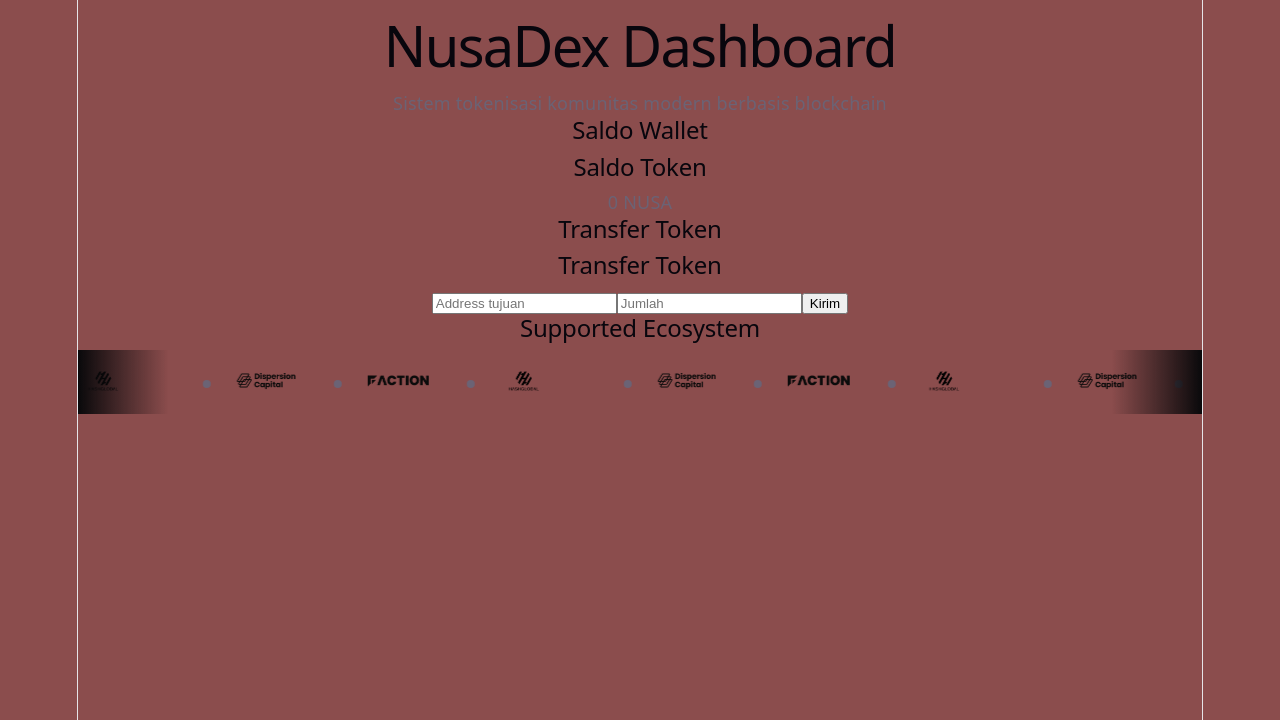
Repository: Danang-adi/Zentrix
Page: / (app in frontend-react/)
These files come from the project's save history. The page is drawn as it stood at one moment and after a run of saves; the edit follows.
The browser window is 1280 px wide. The pictures show the whole page.
The page's requests for data from a server got no answer. The project was rebuilt for these pictures with package versions that can differ from the ones it lists, and the page was loaded fresh each time. No one was signed in, and anything a server would have sent is missing. Also part of the build but not shown: frontend-react/vite.config.ts.

Above is the page before, as saved 2026-04-25 20:23:00.

### frontend-react/index.html
<!doctype html>
<html lang="en">
  <head>
    <meta charset="UTF-8" />
    <link rel="icon" type="image/svg+xml" href="/favicon.svg" />
    <meta name="viewport" content="width=device-width, initial-scale=1.0" />
    <title>frontend-react</title>
  </head>
  <body>
    <div id="root"></div>
    <script type="module" src="/src/main.tsx"></script>
  </body>
</html>

### frontend-react/src/index.css
:root {
  --text: #6b6375;
  --text-h: #08060d;
  --bg: #8b4d4d;
  --border: #e5e4e7;
  --code-bg: #f4f3ec;
  --accent: #aa3bff;
  --accent-bg: rgba(170, 59, 255, 0.1);
  --accent-border: rgba(170, 59, 255, 0.5);
  --social-bg: rgba(244, 243, 236, 0.5);
  --shadow:
    rgba(0, 0, 0, 0.1) 0 10px 15px -3px, rgba(0, 0, 0, 0.05) 0 4px 6px -2px;

  --sans: system-ui, 'Segoe UI', Roboto, sans-serif;
  --heading: system-ui, 'Segoe UI', Roboto, sans-serif;
  --mono: ui-monospace, Consolas, monospace;

  font: 18px/145% var(--sans);
  letter-spacing: 0.18px;
  color-scheme: light dark;
  color: var(--text);
  background: var(--bg);
  font-synthesis: none;
  text-rendering: optimizeLegibility;
  -webkit-font-smoothing: antialiased;
  -moz-osx-font-smoothing: grayscale;

  @media (max-width: 1024px) {
    font-size: 16px;
  }
}
html,
body,
#root {
  overflow-x: hidden;
  width: 100%;
}
@media (prefers-color-scheme: dark) {
  :root {
    --text: #9ca3af;
    --text-h: #f3f4f6;
    --bg: #b5b9ce;
    --border: #2e303a;
    --code-bg: #1f2028;
    --accent: #c084fc;
    --accent-bg: rgba(192, 132, 252, 0.15);
    --accent-border: rgba(192, 132, 252, 0.5);
    --social-bg: rgba(47, 48, 58, 0.5);
    --shadow:
      rgba(0, 0, 0, 0.4) 0 10px 15px -3px, rgba(0, 0, 0, 0.25) 0 4px 6px -2px;
  }

  #social .button-icon {
    filter: invert(1) brightness(2);
  }
}

#root {
  width: 1126px;
  max-width: 100%;
  margin: 0 auto;
  text-align: center;
  border-inline: 1px solid var(--border);
  min-height: 100svh;
  display: flex;
  flex-direction: column;
  box-sizing: border-box;
}

body {
  margin: 0;
}

h1,
h2 {
  font-family: var(--heading);
  font-weight: 500;
  color: var(--text-h);
}

h1 {
  font-size: 56px;
  letter-spacing: -1.68px;
  margin: 32px 0;
  @media (max-width: 1024px) {
    font-size: 36px;
    margin: 20px 0;
  }
}
h2 {
  font-size: 24px;
  line-height: 118%;
  letter-spacing: -0.24px;
  margin: 0 0 8px;
  @media (max-width: 1024px) {
    font-size: 20px;
  }
}
p {
  margin: 0;
}

code,
.counter {
  font-family: var(--mono);
  display: inline-flex;
  border-radius: 4px;
  color: var(--text-h);
}

code {
  font-size: 15px;
  line-height: 135%;
  padding: 4px 8px;
  background: var(--code-bg);
}

### frontend-react/src/App.tsx
import BalanceCard from "./components/BalanceCard";
import TransferForm from "./components/TransferForm";
import LogoLoop from "./components/LogoLoop";

import dispersion from "./assets/dispersion.png";
import faction from "./assets/faction.png";
import hashglobal from "./assets/hashglobal.png";

function App() {
  const cryptoLogos = [
    { src: dispersion, alt: "Ethereum", href: "#" },
    { src: faction, alt: "Bitcoin", href: "#" },
    { src: hashglobal, alt: "Solana", href: "#" },
  ];

  return (
    <div className="min-h-screen bg-zinc-950 text-white px-6 py-10 overflow-x-hidden">
      <div className="mx-auto max-w-6xl">
        {/* Header */}
        <div className="mb-10 text-center">
          <h1 className="text-5xl font-bold tracking-tight bg-gradient-to-r from-cyan-400 to-blue-500 bg-clip-text text-transparent">
            NusaDex Dashboard
          </h1>
          <p className="mt-3 text-zinc-400 text-lg">
            Sistem tokenisasi komunitas modern berbasis blockchain
          </p>
        </div>

        {/* Main Grid */}
        <div className="grid gap-6 md:grid-cols-2">
          {/* Balance */}
          <div className="rounded-2xl border border-zinc-800 bg-zinc-900/70 p-6 shadow-xl backdrop-blur">
            <h2 className="mb-4 text-xl font-semibold text-cyan-400">
              Saldo Wallet
            </h2>
            <BalanceCard />
          </div>

          {/* Transfer */}
          <div className="rounded-2xl border border-zinc-800 bg-zinc-900/70 p-6 shadow-xl backdrop-blur">
            <h2 className="mb-4 text-xl font-semibold text-blue-400">
              Transfer Token
            </h2>
            <TransferForm />
          </div>
        </div>

        {/* Logo Loop */}
        <div className="mt-12 rounded-2xl border border-zinc-800 bg-zinc-900/70 p-6 shadow-xl backdrop-blur">
          <h2 className="mb-6 text-center text-xl font-semibold text-zinc-200">
            Supported Ecosystem
          </h2>

          <div className="relative w-full overflow-hidden h-28">
            <LogoLoop
              logos={cryptoLogos}
              speed={60}
              direction="left"
              logoHeight={22}
              gap={50}
              pauseOnHover
              scaleOnHover
              fadeOut
              fadeOutColor="#09090b"
              separator={false}
              ariaLabel="Crypto Partners"
            />
          </div>
        </div>
      </div>
    </div>
  );
}

export default App;

### frontend-react/src/components/BalanceCard.jsx
import { useEffect, useState } from "react";
import { getBalance } from "../api/blockchain";

export default function BalanceCard() {
  const [balance, setBalance] = useState("0");

  const address =
    "0xf39Fd6e51aad88F6F4ce6aB8827279cffFb92266";

  useEffect(() => {
    loadBalance();
  }, []);

  const loadBalance = async () => {
  const res = await getBalance(address);
  console.log(res.data);
  setBalance(res.data.balance);
};

  return (
    <div>
      <h2>Saldo Token</h2>
      <p>{balance} NUSA</p>
    </div>
  );
}

### frontend-react/src/components/TransferForm.jsx
import { useState } from "react";
import { transferToken } from "../api/blockchain";

export default function TransferForm() {
  const [to, setTo] = useState("");
  const [amount, setAmount] = useState("");

const submit = async () => {
  const res = await transferToken({ to, amount });

  alert("Success");

  loadBalance(); // refresh saldo
};

  return (
    <div>
      <h2>Transfer Token</h2>

      <input
        placeholder="Address tujuan"
        value={to}
        onChange={(e) => setTo(e.target.value)}
      />

      <input
        placeholder="Jumlah"
        value={amount}
        onChange={(e) => setAmount(e.target.value)}
      />

      <button onClick={submit}>Kirim</button>
    </div>
  );
}

### frontend-react/src/components/LogoLoop.jsx
import { useCallback, useEffect, useMemo, useRef, useState, memo } from 'react';
import './LogoLoop.css';

const ANIMATION_CONFIG = { SMOOTH_TAU: 0.25, MIN_COPIES: 2, COPY_HEADROOM: 2 };

const toCssLength = value => (typeof value === 'number' ? `${value}px` : (value ?? undefined));

const useResizeObserver = (callback, elements, dependencies) => {
  useEffect(() => {
    if (!window.ResizeObserver) {
      const handleResize = () => callback();
      window.addEventListener('resize', handleResize);
      callback();
      return () => window.removeEventListener('resize', handleResize);
    }
    const observers = elements.map(ref => {
      if (!ref.current) return null;
      const observer = new ResizeObserver(callback);
      observer.observe(ref.current);
      return observer;
    });
    callback();
    return () => {
      observers.forEach(observer => observer?.disconnect());
    };
  }, [callback, elements, dependencies]);
};

const useImageLoader = (seqRef, onLoad, dependencies) => {
  useEffect(() => {
    const images = seqRef.current?.querySelectorAll('img') ?? [];
    if (images.length === 0) {
      onLoad();
      return;
    }
    let remainingImages = images.length;
    const handleImageLoad = () => {
      remainingImages -= 1;
      if (remainingImages === 0) onLoad();
    };
    images.forEach(img => {
      const htmlImg = img;
      if (htmlImg.complete) {
        handleImageLoad();
      } else {
        htmlImg.addEventListener('load', handleImageLoad, { once: true });
        htmlImg.addEventListener('error', handleImageLoad, { once: true });
      }
    });
    return () => {
      images.forEach(img => {
        img.removeEventListener('load', handleImageLoad);
        img.removeEventListener('error', handleImageLoad);
      });
    };
  }, [onLoad, seqRef, dependencies]);
};

const useAnimationLoop = (trackRef, targetVelocity, seqWidth, seqHeight, isHovered, hoverSpeed, isVertical) => {
  const rafRef = useRef(null);
  const lastTimestampRef = useRef(null);
  const offsetRef = useRef(0);
  const velocityRef = useRef(0);

  useEffect(() => {
    const track = trackRef.current;
    if (!track) return;

    const seqSize = isVertical ? seqHeight : seqWidth;

    if (seqSize > 0) {
      offsetRef.current = ((offsetRef.current % seqSize) + seqSize) % seqSize;
      const transformValue = isVertical
        ? `translate3d(0, ${-offsetRef.current}px, 0)`
        : `translate3d(${-offsetRef.current}px, 0, 0)`;
      track.style.transform = transformValue;
    }

    const animate = timestamp => {
      if (lastTimestampRef.current === null) {
        lastTimestampRef.current = timestamp;
      }

      const deltaTime = Math.max(0, timestamp - lastTimestampRef.current) / 1000;
      lastTimestampRef.current = timestamp;

      const target = isHovered && hoverSpeed !== undefined ? hoverSpeed : targetVelocity;

      const easingFactor = 1 - Math.exp(-deltaTime / ANIMATION_CONFIG.SMOOTH_TAU);
      velocityRef.current += (target - velocityRef.current) * easingFactor;

      if (seqSize > 0) {
        let nextOffset = offsetRef.current + velocityRef.current * deltaTime;
        nextOffset = ((nextOffset % seqSize) + seqSize) % seqSize;
        offsetRef.current = nextOffset;

        const transformValue = isVertical
          ? `translate3d(0, ${-offsetRef.current}px, 0)`
          : `translate3d(${-offsetRef.current}px, 0, 0)`;
        track.style.transform = transformValue;
      }

      rafRef.current = requestAnimationFrame(animate);
    };

    rafRef.current = requestAnimationFrame(animate);

    return () => {
      if (rafRef.current !== null) {
        cancelAnimationFrame(rafRef.current);
        rafRef.current = null;
      }
      lastTimestampRef.current = null;
    };
  }, [targetVelocity, seqWidth, seqHeight, isHovered, hoverSpeed, isVertical, trackRef]);
};

export const LogoLoop = memo(
  ({
    logos,
    speed = 60,
    direction = 'left',
    width = '100%',
    logoHeight = 40,
    gap = 32,
    pauseOnHover,
    hoverSpeed,
    fadeOut = false,
    fadeOutColor,
    scaleOnHover = false,
    renderItem,
    ariaLabel = 'Partner logos',
    className,
    style
  }) => {
    const containerRef = useRef(null);
    const trackRef = useRef(null);
    const seqRef = useRef(null);

    const [seqWidth, setSeqWidth] = useState(0);
    const [seqHeight, setSeqHeight] = useState(0);
    const [copyCount, setCopyCount] = useState(ANIMATION_CONFIG.MIN_COPIES);
    const [isHovered, setIsHovered] = useState(false);

    const effectiveHoverSpeed = useMemo(() => {
      if (hoverSpeed !== undefined) return hoverSpeed;
      if (pauseOnHover === true) return 0;
      if (pauseOnHover === false) return undefined;
      return 0;
    }, [hoverSpeed, pauseOnHover]);

    const isVertical = direction === 'up' || direction === 'down';

    const targetVelocity = useMemo(() => {
      const magnitude = Math.abs(speed);
      let directionMultiplier;
      if (isVertical) {
        directionMultiplier = direction === 'up' ? 1 : -1;
      } else {
        directionMultiplier = direction === 'left' ? 1 : -1;
      }
      const speedMultiplier = speed < 0 ? -1 : 1;
      return magnitude * directionMultiplier * speedMultiplier;
    }, [speed, direction, isVertical]);

    const updateDimensions = useCallback(() => {
      const containerWidth = containerRef.current?.clientWidth ?? 0;
      const sequenceRect = seqRef.current?.getBoundingClientRect?.();
      const sequenceWidth = sequenceRect?.width ?? 0;
      const sequenceHeight = sequenceRect?.height ?? 0;
      if (isVertical) {
        const parentHeight = containerRef.current?.parentElement?.clientHeight ?? 0;
        if (containerRef.current && parentHeight > 0) {
          const targetHeight = Math.ceil(parentHeight);
          if (containerRef.current.style.height !== `${targetHeight}px`)
            containerRef.current.style.height = `${targetHeight}px`;
        }
        if (sequenceHeight > 0) {
          setSeqHeight(Math.ceil(sequenceHeight));
          const viewport = containerRef.current?.clientHeight ?? parentHeight ?? sequenceHeight;
          const copiesNeeded = Math.ceil(viewport / sequenceHeight) + ANIMATION_CONFIG.COPY_HEADROOM;
          setCopyCount(Math.max(ANIMATION_CONFIG.MIN_COPIES, copiesNeeded));
        }
      } else if (sequenceWidth > 0) {
        setSeqWidth(Math.ceil(sequenceWidth));
        const copiesNeeded = Math.ceil(containerWidth / sequenceWidth) + ANIMATION_CONFIG.COPY_HEADROOM;
        setCopyCount(Math.max(ANIMATION_CONFIG.MIN_COPIES, copiesNeeded));
      }
    }, [isVertical]);

    useResizeObserver(updateDimensions, [containerRef, seqRef], [logos, gap, logoHeight, isVertical]);

    useImageLoader(seqRef, updateDimensions, [logos, gap, logoHeight, isVertical]);

    useAnimationLoop(trackRef, targetVelocity, seqWidth, seqHeight, isHovered, effectiveHoverSpeed, isVertical);

    const cssVariables = useMemo(
      () => ({
        '--logoloop-gap': `${gap}px`,
        '--logoloop-logoHeight': `${logoHeight}px`,
        ...(fadeOutColor && { '--logoloop-fadeColor': fadeOutColor })
      }),
      [gap, logoHeight, fadeOutColor]
    );

    const rootClassName = useMemo(
      () =>
        [
          'logoloop',
          isVertical ? 'logoloop--vertical' : 'logoloop--horizontal',
          fadeOut && 'logoloop--fade',
          scaleOnHover && 'logoloop--scale-hover',
          className
        ]
          .filter(Boolean)
          .join(' '),
      [isVertical, fadeOut, scaleOnHover, className]
    );

    const handleMouseEnter = useCallback(() => {
      if (effectiveHoverSpeed !== undefined) setIsHovered(true);
    }, [effectiveHoverSpeed]);
    const handleMouseLeave = useCallback(() => {
      if (effectiveHoverSpeed !== undefined) setIsHovered(false);
    }, [effectiveHoverSpeed]);

    const renderLogoItem = useCallback(
      (item, key) => {
        if (renderItem) {
          return (
            <li className="logoloop__item" key={key} role="listitem">
              {renderItem(item, key)}
            </li>
          );
        }
        const isNodeItem = 'node' in item;
        const content = isNodeItem ? (
          <span className="logoloop__node" aria-hidden={!!item.href && !item.ariaLabel}>
            {item.node}
          </span>
        ) : (
          <img
            src={item.src}
            srcSet={item.srcSet}
            sizes={item.sizes}
            width={item.width}
            height={item.height}
            alt={item.alt ?? ''}
            title={item.title}
            loading="lazy"
            decoding="async"
            separator={false}
            draggable={false}
          />
        );
        const itemAriaLabel = isNodeItem ? (item.ariaLabel ?? item.title) : (item.alt ?? item.title);
        const itemContent = item.href ? (
          <a
            className="logoloop__link"
            href={item.href}
            aria-label={itemAriaLabel || 'logo link'}
            target="_blank"
            rel="noreferrer noopener"
          >
            {content}
          </a>
        ) : (
          content
        );
        return (
          <li className="logoloop__item" key={key} role="listitem">
            {itemContent}
          </li>
        );
      },
      [renderItem]
    );

    const logoLists = useMemo(
      () =>
        Array.from({ length: copyCount }, (_, copyIndex) => (
          <ul
            className="logoloop__list"
            key={`copy-${copyIndex}`}
            role="list"
            aria-hidden={copyIndex > 0}
            ref={copyIndex === 0 ? seqRef : undefined}
          >
            {logos.map((item, itemIndex) => renderLogoItem(item, `${copyIndex}-${itemIndex}`))}
          </ul>
        )),
      [copyCount, logos, renderLogoItem]
    );

    const containerStyle = useMemo(
      () => ({
        width: isVertical
          ? toCssLength(width) === '100%'
            ? undefined
            : toCssLength(width)
          : (toCssLength(width) ?? '100%'),
        ...cssVariables,
        ...style
      }),
      [width, cssVariables, style, isVertical]
    );

    return (
      <div ref={containerRef} className={rootClassName} style={containerStyle} role="region" aria-label={ariaLabel}>
        <div className="logoloop__track" ref={trackRef} onMouseEnter={handleMouseEnter} onMouseLeave={handleMouseLeave}>
          {logoLists}
        </div>
      </div>
    );
  }
);

LogoLoop.displayName = 'LogoLoop';

export default LogoLoop;

### frontend-react/src/api/blockchain.js
import axios from "axios";

const API = axios.create({
  baseURL: "http://localhost:3001",
});

export const getBalance = (address) => API.get(`/token/${address}`);

export const transferToken = (data) => API.post("/transfer", data);

### frontend-react/src/components/LogoLoop.css
.logoloop {
  position: relative;

  --logoloop-gap: 32px;
  --logoloop-logoHeight: 28px;
  --logoloop-fadeColorAuto: #ffffff;
}

.logoloop--vertical {
  height: 100%;
  display: inline-block;
}

.logoloop--scale-hover {
  padding-top: calc(var(--logoloop-logoHeight) * 0.1);
  padding-bottom: calc(var(--logoloop-logoHeight) * 0.1);
}

@media (prefers-color-scheme: dark) {
  .logoloop {
    --logoloop-fadeColorAuto: #0b0b0b;
  }
}

.logoloop__track {
  display: flex;
  width: max-content;
  will-change: transform;
  user-select: none;
  position: relative;
  z-index: 0;
}

.logoloop--vertical .logoloop__track {
  flex-direction: column;
  height: max-content;
  width: 100%;
}

.logoloop__list {
  display: flex;
  align-items: center;
}

.logoloop--vertical .logoloop__list {
  flex-direction: column;
}

.logoloop__item {
  flex: 0 0 auto;
  margin-right: var(--logoloop-gap);
  font-size: var(--logoloop-logoHeight);
  line-height: 1;
}

.logoloop--vertical .logoloop__item {
  margin-right: 0;
  margin-bottom: var(--logoloop-gap);
}

.logoloop__item:last-child {
  margin-right: var(--logoloop-gap);
}

.logoloop--vertical .logoloop__item:last-child {
  margin-right: 0;
  margin-bottom: var(--logoloop-gap);
}

.logoloop__node {
  display: inline-flex;
  align-items: center;
}

.logoloop__item img {
  height: var(--logoloop-logoHeight);
  width: auto;
  display: block;
  object-fit: contain;
  image-rendering: -webkit-optimize-contrast;
  -webkit-user-drag: none;
  pointer-events: none;
  transition: transform 0.3s cubic-bezier(0.4, 0, 0.2, 1);
}

.logoloop--scale-hover .logoloop__item {
  overflow: visible;
}

.logoloop--scale-hover .logoloop__item:hover img,
.logoloop--scale-hover .logoloop__item:hover .logoloop__node {
  transform: scale(1.2);
  transform-origin: center center;
}

.logoloop--scale-hover .logoloop__node {
  transition: transform 0.3s cubic-bezier(0.4, 0, 0.2, 1);
}

.logoloop__link {
  display: inline-flex;
  align-items: center;
  text-decoration: none;
  border-radius: 4px;
  transition: opacity 0.2s ease;
}

.logoloop__link:hover {
  opacity: 0.8;
}

.logoloop__link:focus-visible {
  outline: 2px solid currentColor;
  outline-offset: 2px;
}

.logoloop--fade::before,
.logoloop--fade::after {
  content: '';
  position: absolute;
  top: 0;
  bottom: 0;
  width: clamp(24px, 8%, 120px);
  pointer-events: none;
  z-index: 10;
}

.logoloop--fade::before {
  left: 0;
  background: linear-gradient(
    to right,
    var(--logoloop-fadeColor, var(--logoloop-fadeColorAuto)) 0%,
    rgba(0, 0, 0, 0) 100%
  );
}

.logoloop--fade::after {
  right: 0;
  background: linear-gradient(
    to left,
    var(--logoloop-fadeColor, var(--logoloop-fadeColorAuto)) 0%,
    rgba(0, 0, 0, 0) 100%
  );
}

.logoloop--vertical.logoloop--fade::before,
.logoloop--vertical.logoloop--fade::after {
  left: 0;
  right: 0;
  width: 100%;
  height: clamp(24px, 8%, 120px);
}

.logoloop--vertical.logoloop--fade::before {
  top: 0;
  bottom: auto;
  background: linear-gradient(
    to bottom,
    var(--logoloop-fadeColor, var(--logoloop-fadeColorAuto)) 0%,
    rgba(0, 0, 0, 0) 100%
  );
}

.logoloop--vertical.logoloop--fade::after {
  bottom: 0;
  top: auto;
  background: linear-gradient(
    to top,
    var(--logoloop-fadeColor, var(--logoloop-fadeColorAuto)) 0%,
    rgba(0, 0, 0, 0) 100%
  );
}

@media (prefers-reduced-motion: reduce) {
  .logoloop__track {
    transform: translate3d(0, 0, 0) !important;
  }

  .logoloop__item img,
  .logoloop__node {
    transition: none !important;
  }
}

Loaded but not shown: frontend-react/src/main.tsx (common file)

After the next 2 saves:
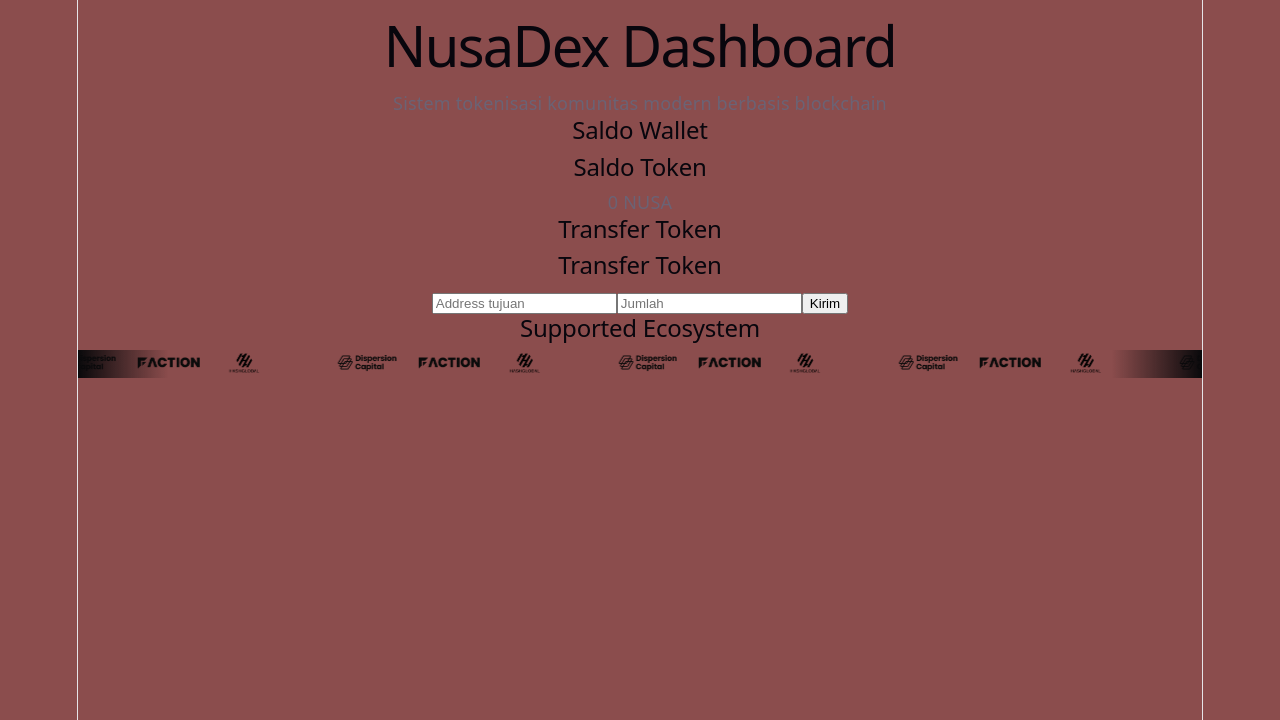
The 2 saves are shown as one change because they came seconds apart.
The last was saved 3 min 20 s later.
--- a/frontend-react/src/components/LogoLoop.css
+++ b/frontend-react/src/components/LogoLoop.css
@@ -105,6 +105,18 @@
   transition: opacity 0.2s ease;
 }
 
+.logoloop__list,
+.logoloop__item {
+  list-style: none !important;
+  padding: 0;
+  margin: 0;
+}
+
+.logoloop__item::marker {
+  display: none;
+  content: "";
+}
+
 .logoloop__link:hover {
   opacity: 0.8;
 }

After the save that followed:
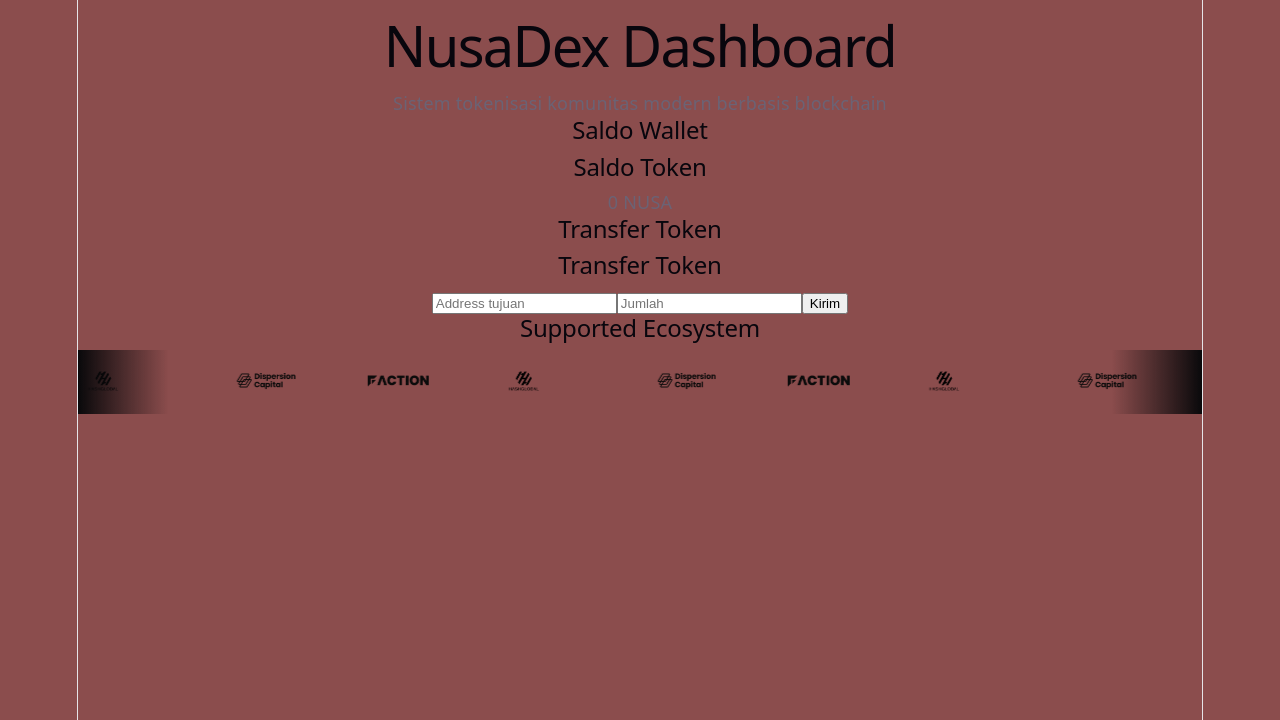
Saved 19 s later.
--- a/frontend-react/src/components/LogoLoop.css
+++ b/frontend-react/src/components/LogoLoop.css
@@ -108,8 +108,6 @@
 .logoloop__list,
 .logoloop__item {
   list-style: none !important;
-  padding: 0;
-  margin: 0;
 }
 
 .logoloop__item::marker {
